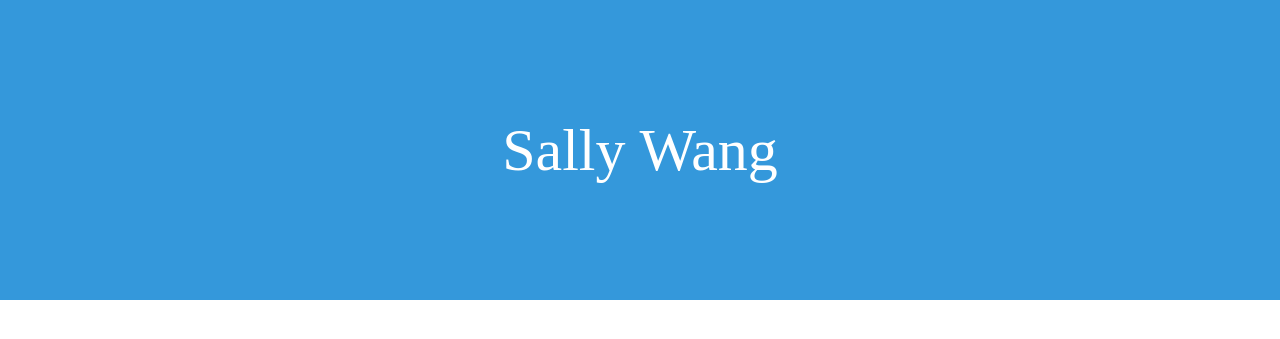
Repository: tianjiewang2022/tianjiewang2022.github.io
Page: index.html
The author's editor kept a copy of each file at every save. The page is drawn from the files as they stood at one save, then again after the next save.
The browser window is 1280 px wide. The pictures show the whole page.

Above is the page before, as saved 2023-10-01 21:56:39.

After the next save:
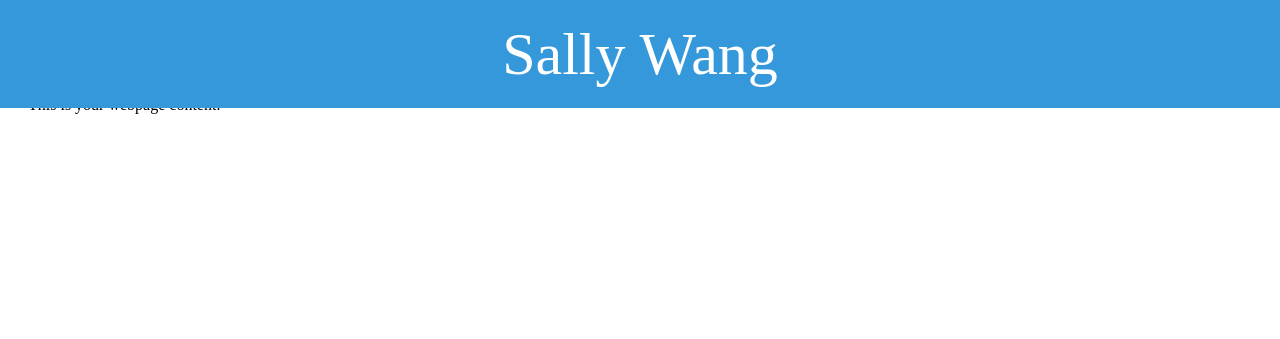
Saved 88 s later.
--- a/index.html
+++ b/index.html
@@ -19,7 +19,7 @@
                 top: 0;
                 left: 0;
                 width: 100%;
-                height: 300px;
+                height: 15%;
                 /* Adjust the header height as needed */
                 display: flex;
                 align-items: center;
